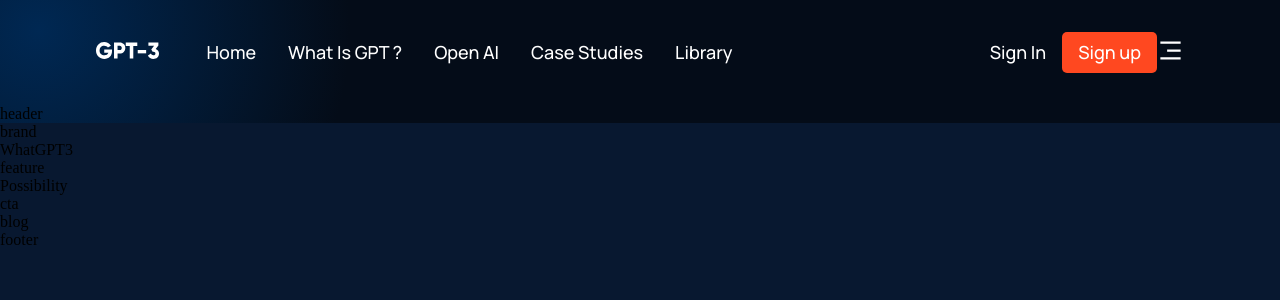
Repository: smitranjansingh29/gpt3-react
Page: /
An editor plug-in stored every save of this project. The page is shown before and after the next save, followed by the edit.
The browser window is 1280 px wide. The pictures show the whole page.
The project was rebuilt for these pictures with package versions that can differ from the ones it lists, and the page was loaded fresh each time. Also part of the build but not shown: src/components/brand/brand.css, src/components/cta/cta.css, src/components/feature/feature.css, src/components/feature/Feature.jsx, src/containers/features/feature.css, src/containers/footer/footer.css, src/containers/header/header.css, src/containers/possibility/possibility.css and 1 more.

Above is the page before, as saved 2023-10-02 13:29:08.

### src/index.js
import React from 'react';
import ReactDOM from 'react-dom';
import App from './App';
import './index.css';

ReactDOM.render( < App / > , document.getElementById('root'));

### src/App.js
import React from 'react';

import { Brand , Cta , Navbar } from './components';
import { Footer , Blog , Possibility , Features , WhatGPT3 , Header } from './containers';

import './App.css';
const App = () => {
  return (
    <div className='App' >
    <div className='gradient__bg' >
      <Navbar/>
      <Header/>
    </div>
    <Brand/>
    <WhatGPT3/>
    <Features/>
    <Possibility/>
    <Cta/>
    <Blog/>
    <Footer/>
    </div>
  )
}

export default App

### src/index.css
@import url('https://fonts.googleapis.com/css2?family=Manrope:wght@200;300;400;500;600;700;800&display=swap');
:root {
    --font-family: 'Manrope', sans-serif;
    --gradient-text: linear-gradient(89.97deg, #AE67FA 1.84%, #F49867 102.67%);
    --gradient-bar: linear-gradient(103.22deg, #AE67FA -13.86%, #F49867 99.55%);
    --color-bg: #081830;
    --color-footer: #031B34;
    --color-blog: #042c54;
    --color-text: #81AFDD;
    --color-subtext: #FF8A71;
}

### src/components/index.js
export { default as Article } from './article/Article';
export { default as Brand } from './brand/Brand';
export { default as Cta } from './cta/Cta';
export { default as Feature } from './feature/Feature';
export { default as Navbar } from './navbar/Navbar';

### src/App.css
* {
    padding: 0;
    margin: 0;
    box-sizing: border-box;
    scroll-behavior: smooth;
}

body {
    background: var(--color-bg);
}

a {
    color: unset;
    text-decoration: none;
}

.gradient__bg {
    background: -moz-radial-gradient(circle at 3% 25%, rgba(0, 40, 83, 1) 0%, rgba(4, 12, 24, 1) 25%);
    /* safari 5.1+,chrome 10+ */
    background: -webkit-radial-gradient(circle at 3% 25%, rgba(0, 40, 83, 1) 0%, rgba(4, 12, 24, 1) 25%);
    /* opera 11.10+ */
    background: -o-radial-gradient(circle at 3% 25%, rgba(0, 40, 83, 1) 0%, rgba(4, 12, 24, 1) 25%);
    /* ie 10+ */
    background: -ms-radial-gradient(circle at 3% 25%, rgba(0, 40, 83, 1) 0%, rgba(4, 12, 24, 1) 25%);
    /* global 92%+ browsers support */
    background: radial-gradient(circle at 3% 25%, rgba(0, 40, 83, 1) 0%, rgba(4, 12, 24, 1) 25%);
}

.gradient__text {
    background: var(--gradient-text);
    background-clip: text;
    -webkit-background-clip: text;
    -webkit-text-fill-color: transparent;
}

.section__padding {
    padding: 4rem 6rem;
}

.section__margin {
    margin: 4rem 6rem;
}

.scale-up-center {
    -webkit-animation: scale-up-center 0.4s cubic-bezier(0.390, 0.575, 0.565, 1.000) both;
    animation: scale-up-center 0.4s cubic-bezier(0.390, 0.575, 0.565, 1.000) both;
}

@-webkit-keyframes scale-up-center {
    0% {
        -webkit-transform: scale(0.5);
        transform: scale(0.5);
    }
    100% {
        -webkit-transform: scale(1);
        transform: scale(1);
    }
}

@keyframes scale-up-center {
    0% {
        -webkit-transform: scale(0.5);
        transform: scale(0.5);
    }
    100% {
        -webkit-transform: scale(1);
        transform: scale(1);
    }
}

@media screen and (max-width: 700px) {
    .section__padding {
        padding: 4rem;
    }
    .section__margin {
        margin: 4rem;
    }
}

@media screen and (max-width: 550px) {
    .section__padding {
        padding: 4rem 2rem;
    }
    .section__margin {
        margin: 4rem 2rem;
    }
}

### src/components/article/Article.jsx
import React from 'react'

const Article = () => {
    return ( <
        div >
        Article <
        /div>
    )
}

export default Article

### src/components/brand/Brand.jsx
import React from 'react';
import './brand.css';
const Brand = () => {
  return (
    <div>
      brand
    </div>
  )
}

export default Brand

### src/components/cta/Cta.jsx
import React from 'react';
import './cta.css';
const Cta = () => {
  return (
    <div>
      cta
    </div>
  )
}

export default Cta

### src/components/navbar/Navbar.jsx
import React , { useState } from "react";
import { RiMenu3Line, RiCloseLine } from "react-icons/ri";
import logo from '../../assets/logo.svg'
import "./navbar.css";


const Navbar = () => {

const [toggleMenu , setToggleMenu] = useState(false);


  return (
    <div className="gpt3__navbar">
      <div className="gpt3__navbar-links">
        <div className="gpt3__navbar-links_logo">
          <img src={logo} alt="logo" />
        </div>
        <div className="gpt3__navbar-links_container">
          <p> <a href="#home"> Home </a> </p>
          <p> <a href="#wgpt3"> What is GPT ? </a> </p>
          <p> <a href="#possibility"> Open AI </a> </p>
          <p> <a href="#features"> Case Studies </a> </p>
          <p> <a href="#blog"> Library </a> </p>
        </div>
      </div>
      <div className="gpt3__navbar-sign" >
        <p>Sign in</p>
        <button type="button" >Sign up</button>
      </div>
      <div className="gpt3__navbar-menu" >
      {toggleMenu
          ? <RiCloseLine color="#fff" size={27} onClick={() => setToggleMenu(false)} />
          : <RiMenu3Line color="#fff" size={27} onClick={() => setToggleMenu(true)} />}
        {toggleMenu && (
        <div className="gpt3__navbar-menu_container scale-up-center">
          <div className="gpt3__navbar-menu_container-links">
            <p><a href="#home">Home</a></p>
            <p><a href="#wgpt3">What is GPT3?</a></p>
            <p><a href="#possibility">Open AI</a></p>
            <p><a href="#features">Case Studies</a></p>
            <p><a href="#blog">Library</a></p>
          </div>
          <div className="gpt3__navbar-menu_container-links-sign">
            <p>Sign in</p>
            <button type="button">Sign up</button>
          </div>
        </div>
        )}
      </div>
    </div>
  );
};

export default Navbar;

### src/containers/blog/Blog.jsx
import React from 'react'

const Blog = () => {
  return (
    <div>
      blog
    </div>
  )
}

export default Blog

### src/containers/features/Features.jsx
import React from 'react';
import './feature.css';
const Features = () => {
  return (
    <div>
      feature
    </div>
  )
}

export default Features

### src/containers/footer/Footer.jsx
import React from 'react';
import './footer.css';

const Footer = () => {
  return (
    <div>
      footer
    </div>
  )
}

export default Footer

### src/containers/header/Header.jsx
import React from 'react';
import './header.css';

const Header = () => {
  return (
    <div>
      header
    </div>
  )
}

export default Header

### src/containers/possibility/Possibility.jsx
import React from 'react';
import './possibility.css';
const Possibility = () => {
  return (
    <div>
      Possibility
    </div>
  )
}

export default Possibility

### src/containers/whatGPT3/WhatGPT3.jsx
import React from 'react';
import './whatGPT3.css';
const WhatGPT3 = () => {
    return ( <
        div >
        WhatGPT3 <
        /div>
    )
}

export default WhatGPT3

### src/components/navbar/navbar.css
.gpt3__navbar {
    display: flex;
    justify-content: space-between;
    align-items: center;
    padding: 2rem 6rem;
}

.gpt3__navbar-links {
    flex: 1;
    display: flex;
    justify-content: flex-start;
    align-items: center;
}

.gpt3__navbar-links_logo {
    margin-right: 2rem;
}

.gpt3__navbar-links_logo img {
    width: 62.56px;
    height: 16.02px;
}

.gpt3__navbar-links_container {
    display: flex;
    flex-direction: row;
}

.gpt3__navbar-sign {
    display: flex;
    justify-content: flex-end;
    align-items: center;
}

.gpt3__navbar-links_container p,
.gpt3__navbar-sign p,
.gpt3__navbar-menu_container p {
    color: #fff;
    font-family: var(--font-family);
    font-weight: 500;
    font-size: 18px;
    line-height: 25px;
    text-transform: capitalize;
    margin: 0 1rem;
    cursor: pointer;
}

.gpt3__navbar-sign button,
.gpt3__navbar-menu_container button {
    padding: 0.5rem 1rem;
    color: #fff;
    background: #FF4820;
    font-family: var(--font-family);
    font-weight: 500;
    font-size: 18px;
    line-height: 25px;
    border: none;
    outline: none;
    cursor: pointer;
    border-radius: 5px;
}

Loaded but not shown: public/index.html (common file); src/containers/index.js (common file)

After the next save:
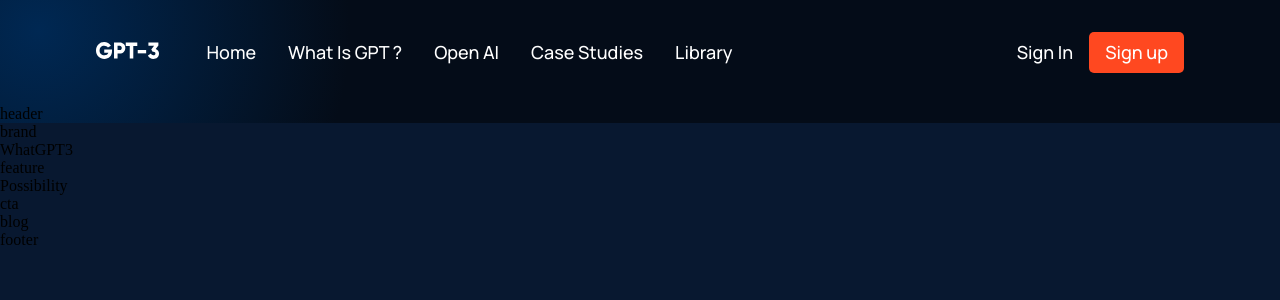
Saved 6 min 55 s later.
--- a/src/components/navbar/navbar.css
+++ b/src/components/navbar/navbar.css
@@ -59,3 +59,13 @@
     cursor: pointer;
     border-radius: 5px;
 }
+
+.gpt3__navbar-menu {
+    margin-left: 1rem;
+    display: none;
+    position: relative;
+}
+
+.gpt3__navbar-menu svg {
+    cursor: pointer;
+}
